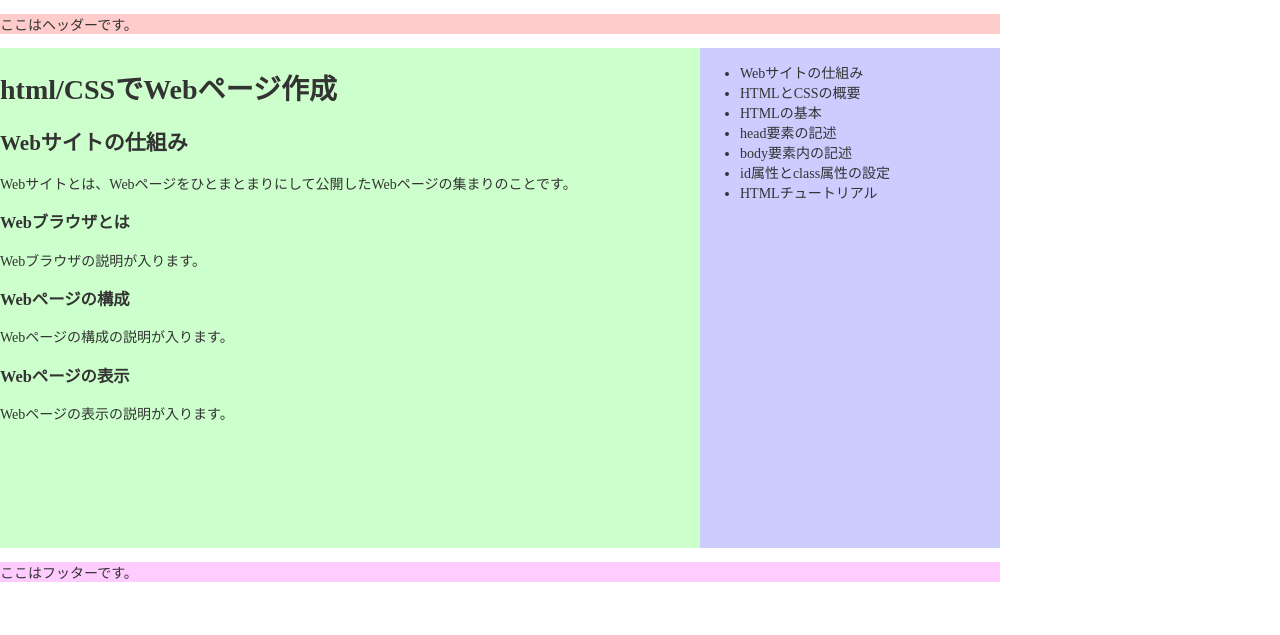
Repository: ichiro-fujii/kadai-commit
Page: lesson-htmlcss/kadai-html.html
The author's editor kept a record of every edit. The page is drawn from the files as they stood at one moment, then again after the next edit.
The browser window is 1280 px wide. The pictures show the whole page.

Above is the page before.

After the next edit:
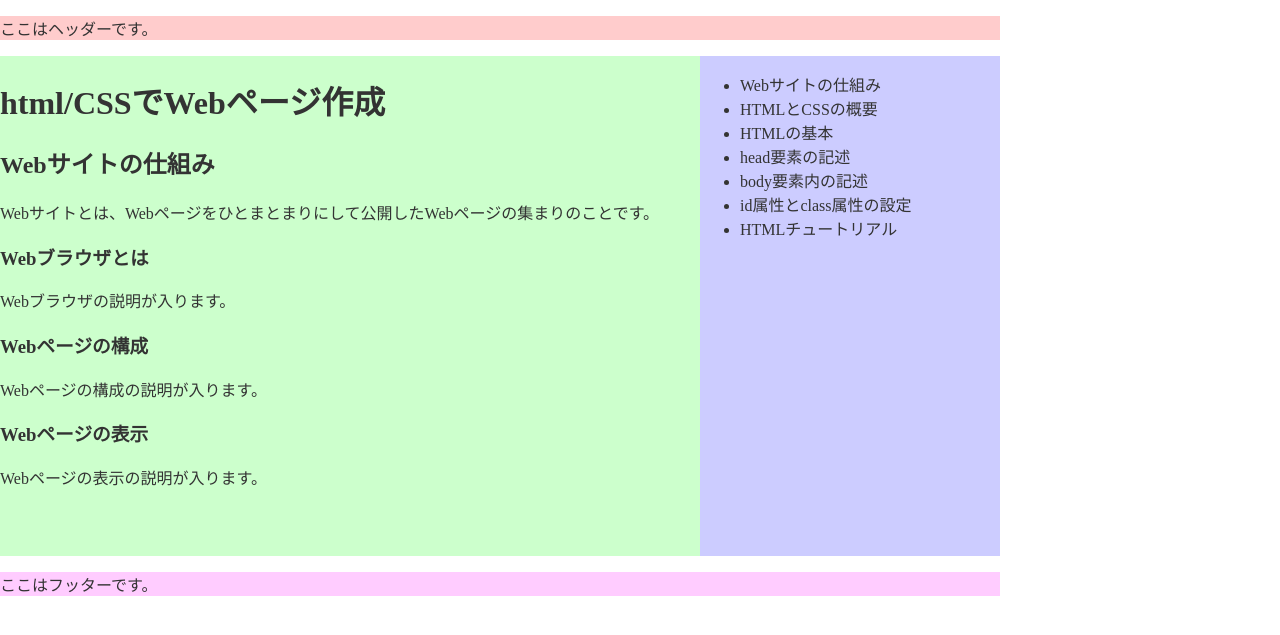
The edit:
--- a/lesson-htmlcss/kadai-css.css
+++ b/lesson-htmlcss/kadai-css.css
@@ -5,9 +5,7 @@
     margin: 0;
     padding: 0;
     width: 1000px;
-    height:600px;
     color: #333;
-    font-size: 14px;
 }
 header {
     background-color:#ffcccc;
